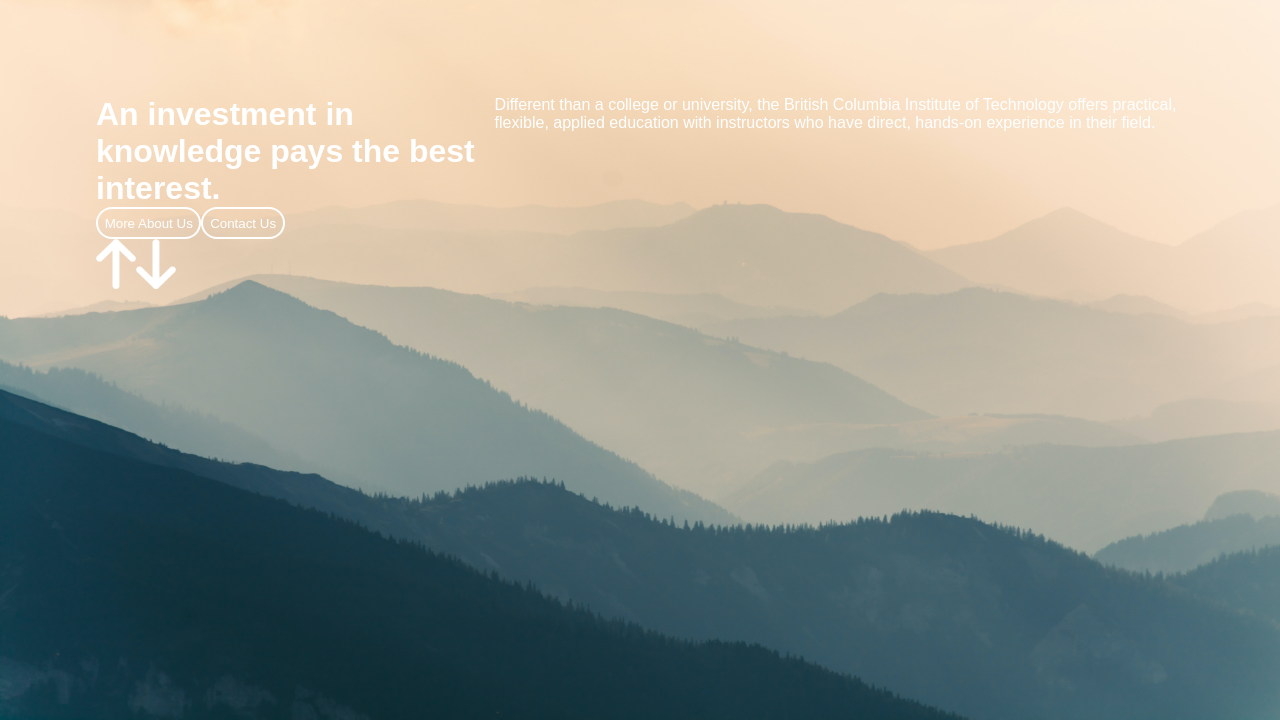
Repository: jennydmcm/assignment-1-playwright-site-A01338943
Page: /
These files come from the project's save history. The page is drawn as it stood at one moment and after the next save; the edit follows.
The browser window is 1280 px wide. The pictures show the whole page.
The project was rebuilt for these pictures with package versions that can differ from the ones it lists, and the page was loaded fresh each time. The framework's server and built-in components were replaced by stand-ins that run in the browser. Also part of the build but not shown: next.config.js.

Above is the page before, as saved 2023-02-08 10:07:23.

### pages/_app.js
import '../styles/globals.css'
import '../styles/variables.css'

function MyApp({ Component, pageProps }) {
  return <Component {...pageProps} />
}

export default MyApp

### pages/index.js
import Head from "next/head";
import Image from "next/image";
import { Inter } from "@next/font/google";
import styles from "@/styles/home.module.css";
import Link from "next/link";
import { useRouter } from "next/router";
import Bg from "public/background-images/backgroundMountain.jpg";
import downArrow from "public/icons/downwardArrow.png";
import upArrow from "public/icons/upwardArrow.png";

const inter = Inter({ subsets: ["latin"] });

export default function Home() {
  const router = useRouter();
  return (
    <>
      <Head>
        <title>{"Home"}</title>
        <meta name="description" content="Generated by create next app" />
        <meta name="viewport" content="width=device-width, initial-scale=1" />
        <meta name="author" content={"MDIA 2109"} />
        <meta property="og:title" content={"Assignment #1 - Home Page"} />
        <meta
          property="og:description"
          content={"BCIT Digital Design and Development Diploma"}
        />
        <link rel="icon" href="/favicon.png" />
      </Head>
      <Image
        src={Bg}
        fill
        style={{
          zIndex: -1,
        }}
      />
      <main className={styles.main}>
        <div className={styles.text}>
          <h1 className={styles.header}>
            {"An investment in knowledge pays the best interest."}
          </h1>
          <p className={styles.subhead}>
            {
              "Different than a college or university, the British Columbia Institute of Technology offers practical, flexible, applied education with instructors who have direct, hands-on experience in their field."
            }
          </p>
        </div>
        <a>
          <button
            className={styles.aboutbtn}
            type="button"
            onClick={() => router.push("/about")}
          >
            More About Us
          </button>
          <button
            className={styles.contactbtn}
            type="button"
            onClick={() => router.push("/contact")}
          >
            Contact Us
          </button>
        </a>

        <a>
          <span>
            <a className={styles.arrow} href="/about">
              <span>
                <Image src={upArrow} width={40} height={50} />
                <Image src={downArrow} width={40} height={50} />
              </span>
            </a>
          </span>
        </a>
      </main>
    </>
  );
}

### styles/variables.css
:root{
    --primary-color: #fff;
    --secondary-color: #f4d6b9;
    --ternary-color: #14343d;
    --quaternary-color: #14343d;
    --quinary-color: rgba(16,46,53,0.5);

}

### styles/Home.module.css
.main {
  display: flex;
  flex-direction: column;
  justify-content: space-between;
  align-items: flex-start;
  padding: 6rem;

}

.text{
  display: flex;
  align-items: flex-start;
}
.header{
  color: var(--primary-color);
  font-family: Arial, Helvetica, sans-serif;

}
.subhead{
  color: var(--primary-color);
  font-family: Arial, Helvetica, sans-serif;
  font-weight: lighter;
}

.aboutbtn{
  color: var(--primary-color);
  background: none;
  border: 0.2em solid white;
  border-radius: 4rem;
  padding: 0.5em;
}

.aboutbtn:hover{
  background-color: white;
  color: var(--ternary-color);
}

.contactbtn{
  color: var(--primary-color);
  background: none;
  border: 0.2em solid white;
  border-radius: 4rem;
  padding: 0.5em;

}

.contactbtn:hover{
  background-color: white;
  color: var(--ternary-color);
}

Loaded but not shown: pages/_document.js (common file); styles/globals.css (common file)

After the next save:
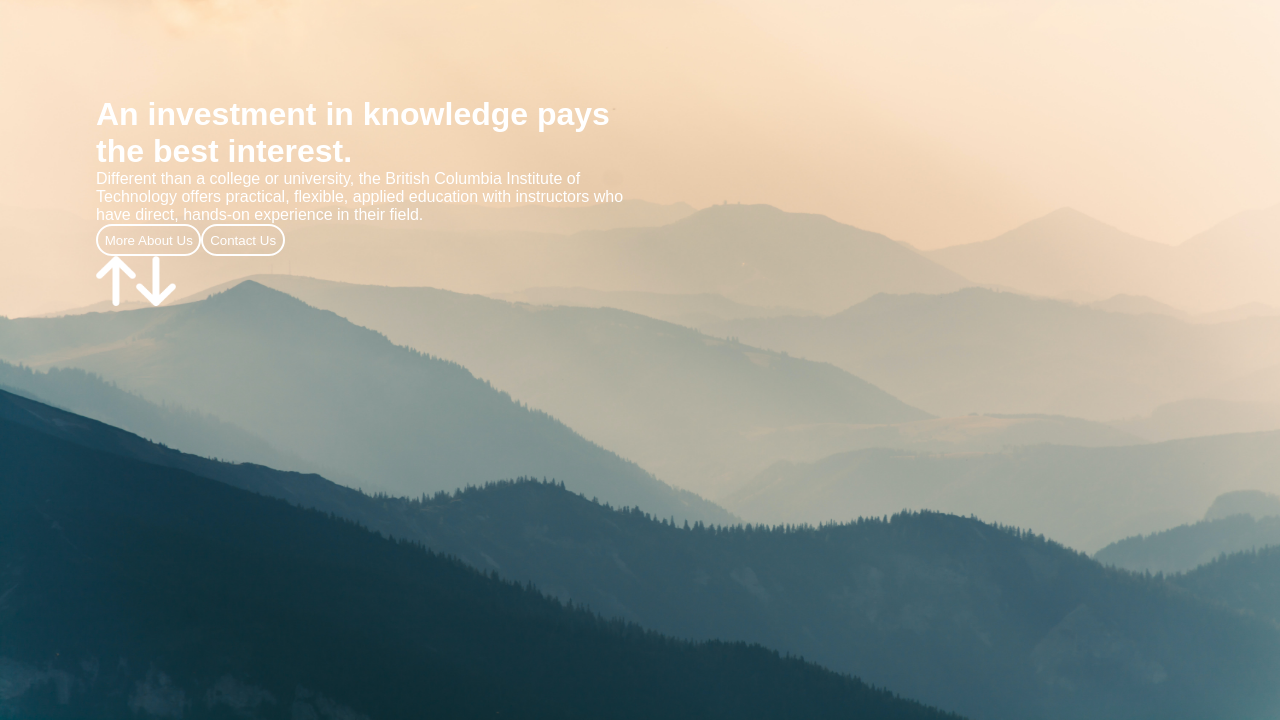
Saved 97 s later.
--- a/styles/Home.module.css
+++ b/styles/Home.module.css
@@ -10,7 +10,10 @@
 .text{
   display: flex;
   align-items: flex-start;
+  flex-direction: column;
+  width: 50%;
 }
+
 .header{
   color: var(--primary-color);
   font-family: Arial, Helvetica, sans-serif;
